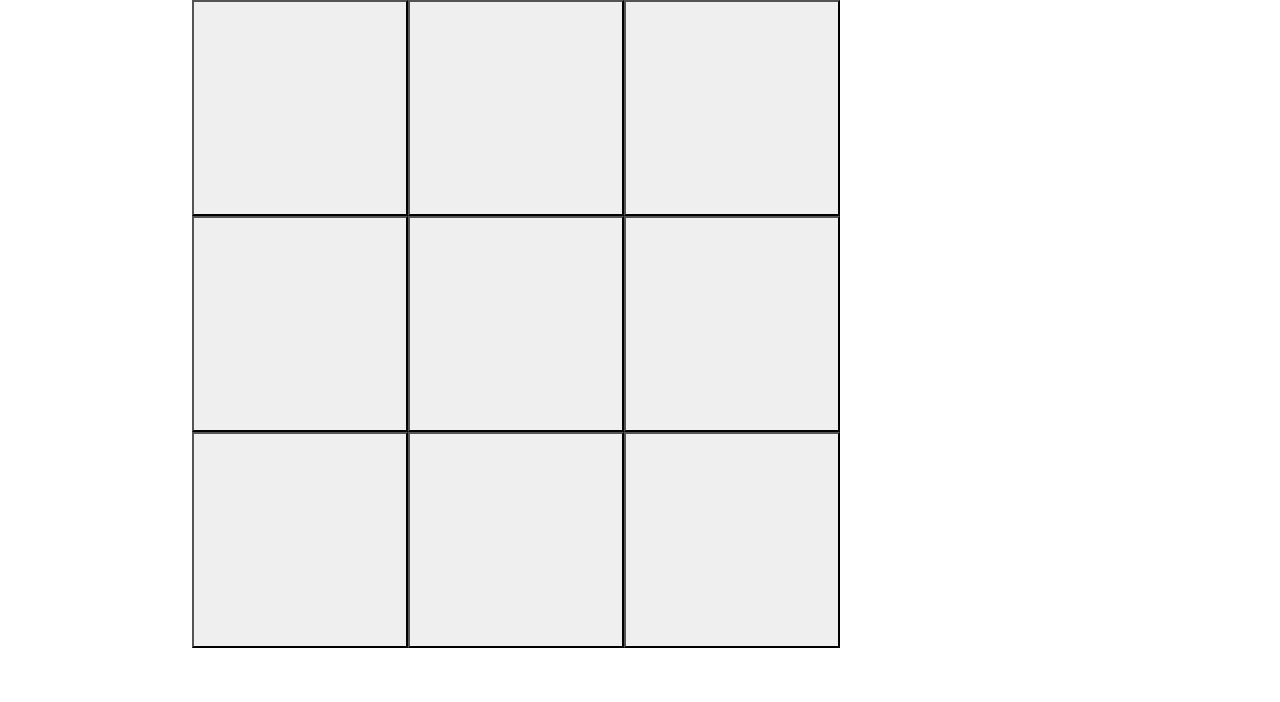
Repository: napan24/tic-tac-toe
Page: /
An editor plug-in stored every save of this project. The page is shown before and after the next save, followed by the edit.
The browser window is 1280 px wide. The pictures show the whole page.
The project was rebuilt for these pictures with package versions that can differ from the ones it lists, and the page was loaded fresh each time. Also part of the build but not shown: src/App.css.

Above is the page before, as saved 2022-06-15 03:33:52.

After the next save:
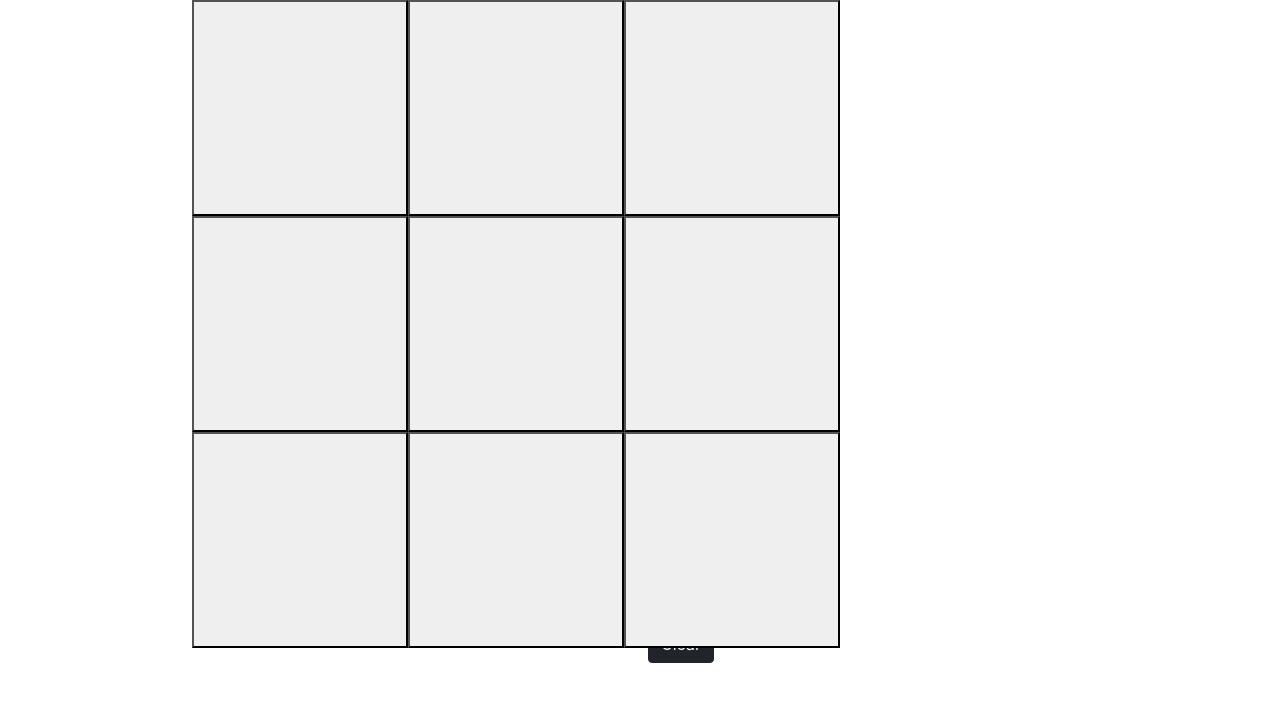
Saved 22 s later.
--- a/src/App.js
+++ b/src/App.js
@@ -222,7 +222,7 @@ function App() {
         <button id="r3column3" onClick={handleClick} style={box}></button>
       </div>
     </div>
-
+    <button type="button" class="btn btn-dark">Clear</button>
   </>
   );
 }
